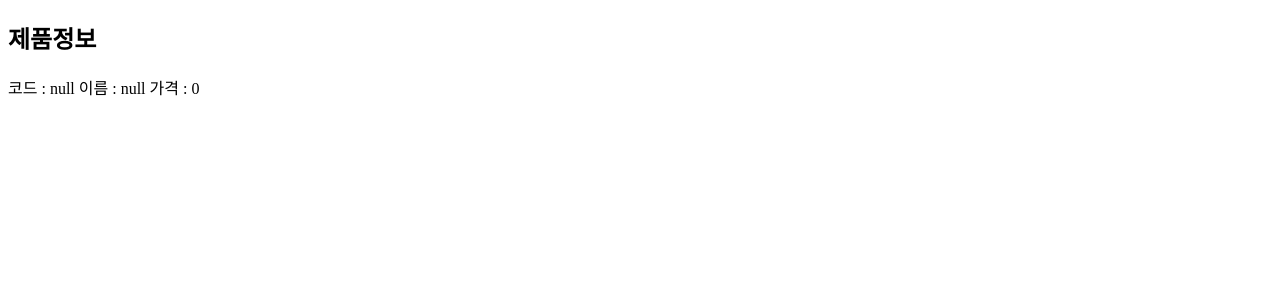
Repository: SongHyeSun/JSP
Page: http://localhost/och08/productInfo.jsp
These files come from the project's save history. The page is drawn as it stood at one moment and after the next save; the edit follows.
The browser window is 1280 px wide. The pictures show the whole page.
The page is served by Tomcat 9.

Above is the page before, as saved 2024-07-12 07:33:24.

After the next save:
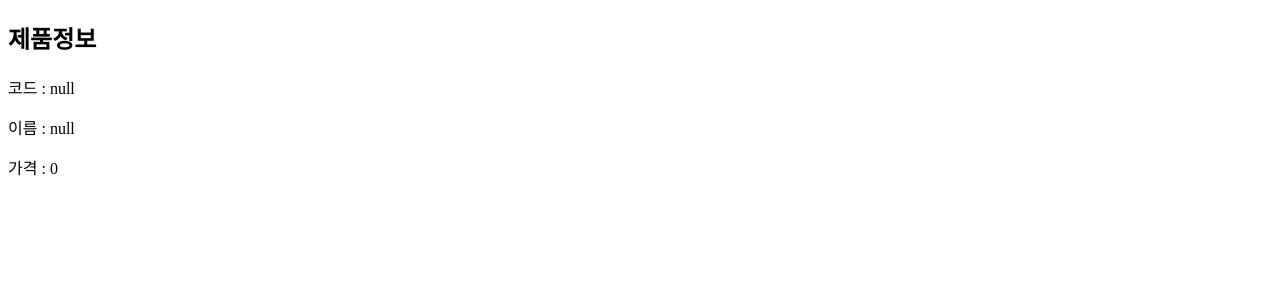
Saved 7 s later.
--- a/jspSrc17/och08/src/main/webapp/productInfo.jsp
+++ b/jspSrc17/och08/src/main/webapp/productInfo.jsp
@@ -9,8 +9,8 @@
 <body>
 	<h2>제품정보</h2>
 	<jsp:useBean id="pt" class="och08.Product"></jsp:useBean>
-	코드 : <jsp:getProperty property="code" name="pt"/>
-	이름 : <jsp:getProperty property="name" name="pt"/>
-	가격 : <jsp:getProperty property="price" name="pt"/>
+	코드 : <jsp:getProperty property="code" name="pt"/><p>
+	이름 : <jsp:getProperty property="name" name="pt"/><p>
+	가격 : <jsp:getProperty property="price" name="pt"/><p>
 </body>
 </html>
